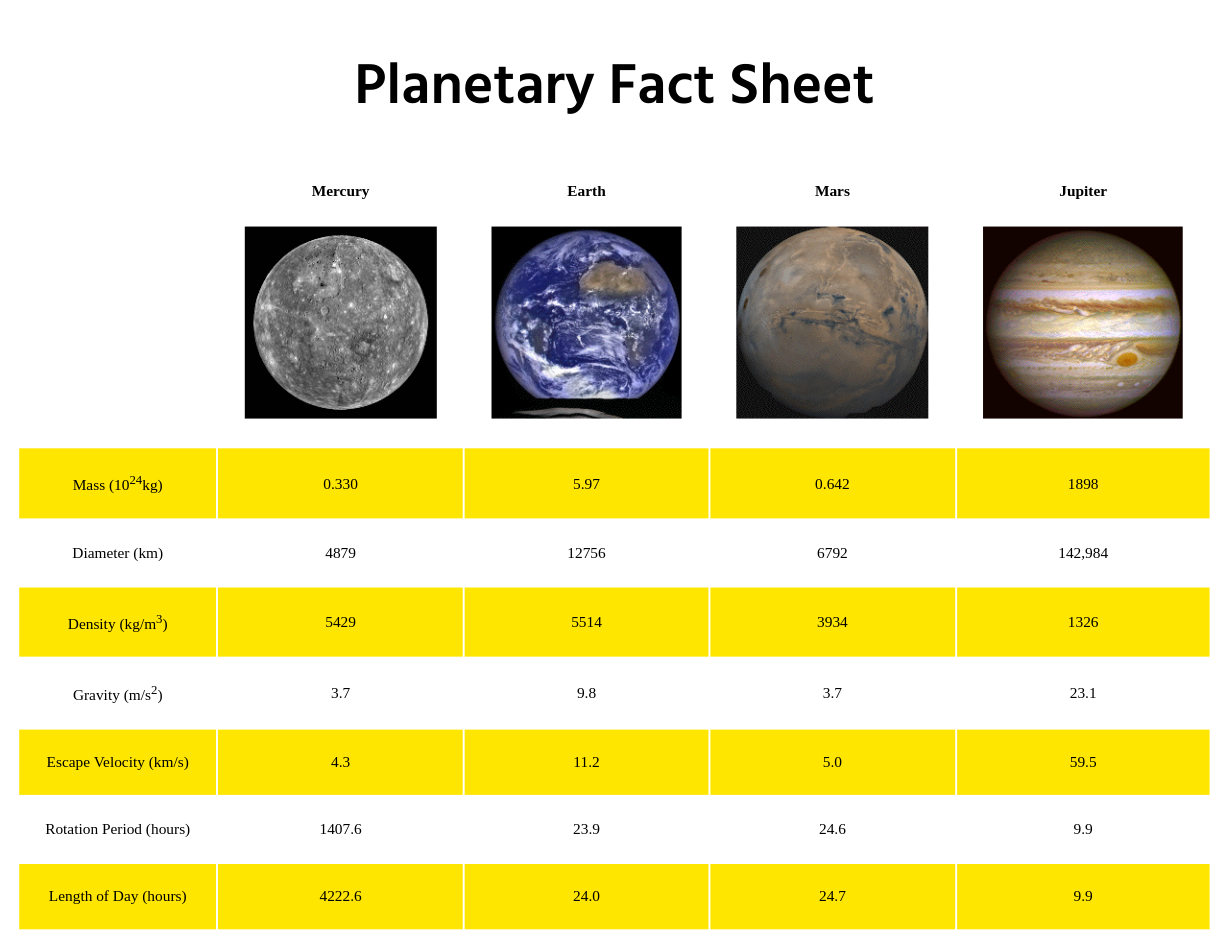
Repository: rishondass/ITMD361-Lab5
Page: index.html
The author's editor kept a copy of each file at every save. The page is drawn from the files as they stood at one save, then again after the next save.
The browser window is 1280 px wide. The pictures show the whole page, at 96% of full size.

Above is the page before, as saved 2023-02-22 19:25:31.

After the next save:
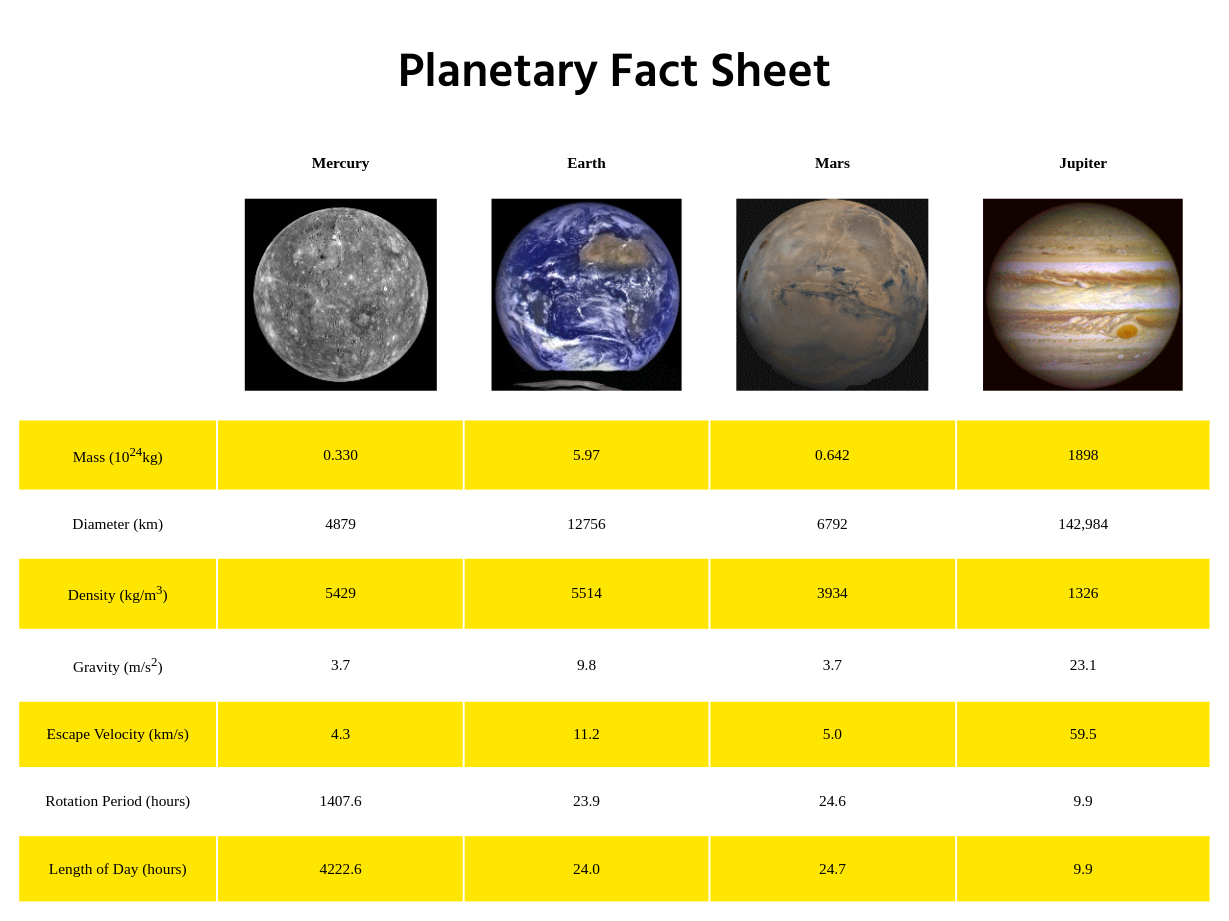
Saved 5 s later.
--- a/css/style.css
+++ b/css/style.css
@@ -2,7 +2,7 @@
 #pageTitle {
   font-family: 'Hind Siliguri', sans-serif;
   text-align: center;
-  font-size: 60px;
+  font-size: 50px;
 }
 
 #planets {
